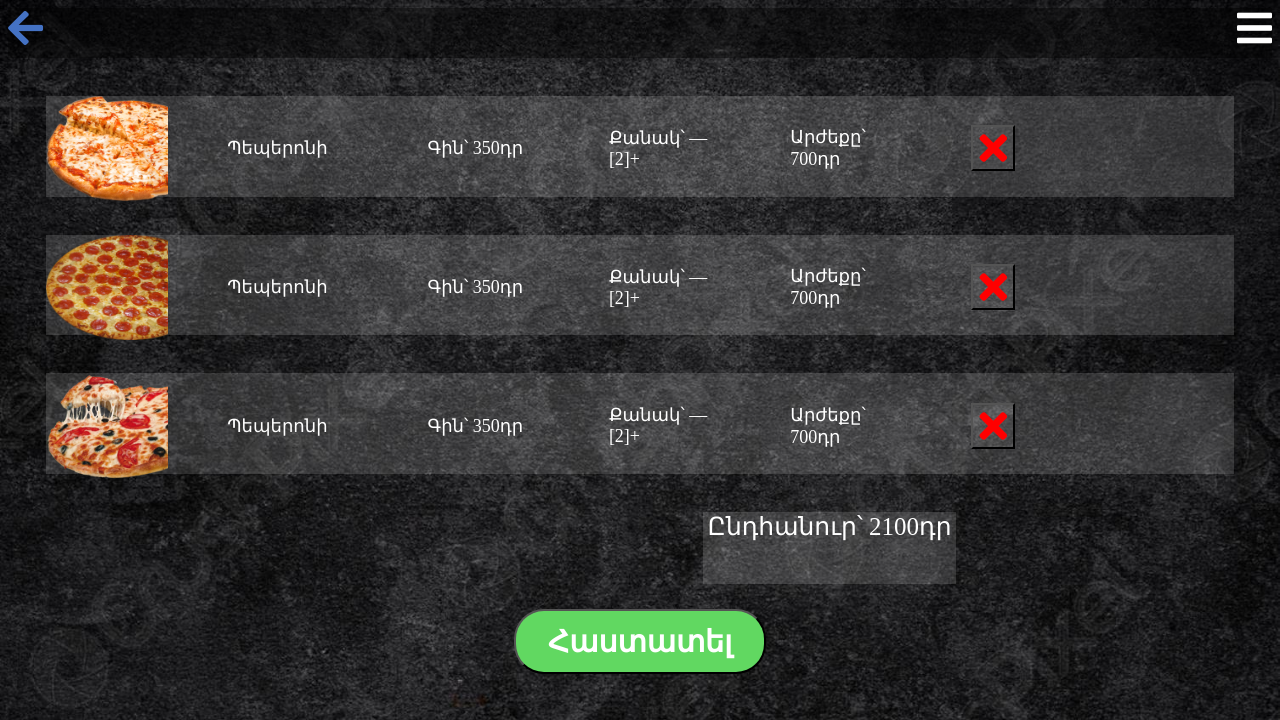
Repository: NarekTovmasyan/PizzaManue
Page: public/basket.html
The author's editor kept a copy of each file at every save. The page is drawn from the files as they stood at one save, then again after the next save.
The browser window is 1280 px wide. The pictures show the whole page.

Above is the page before, as saved 2022-01-20 17:07:12.

After the next save:
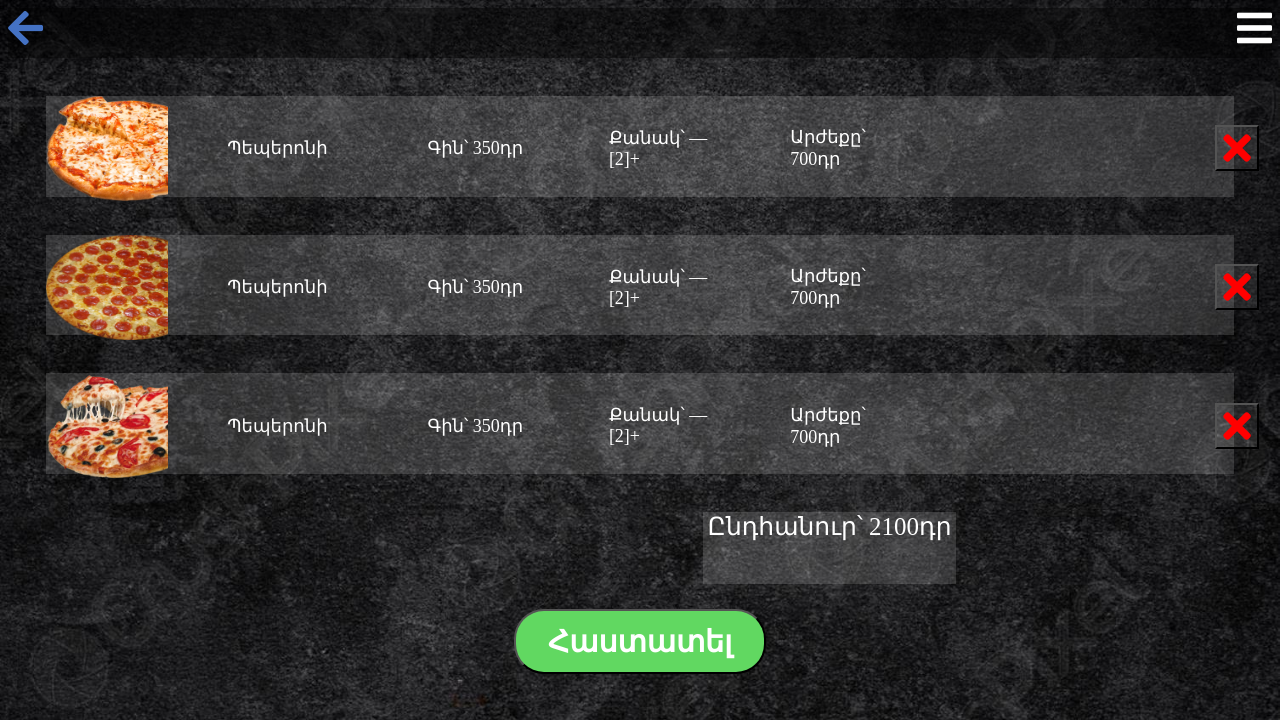
Saved 55 s later.
--- a/public/basket.css
+++ b/public/basket.css
@@ -28,6 +28,7 @@ body {
   }*/
   .close{
       background-color: rgba(160, 158, 158, 0.144);
+      margin-left: 200%;
   }
 
    .fa-times{
